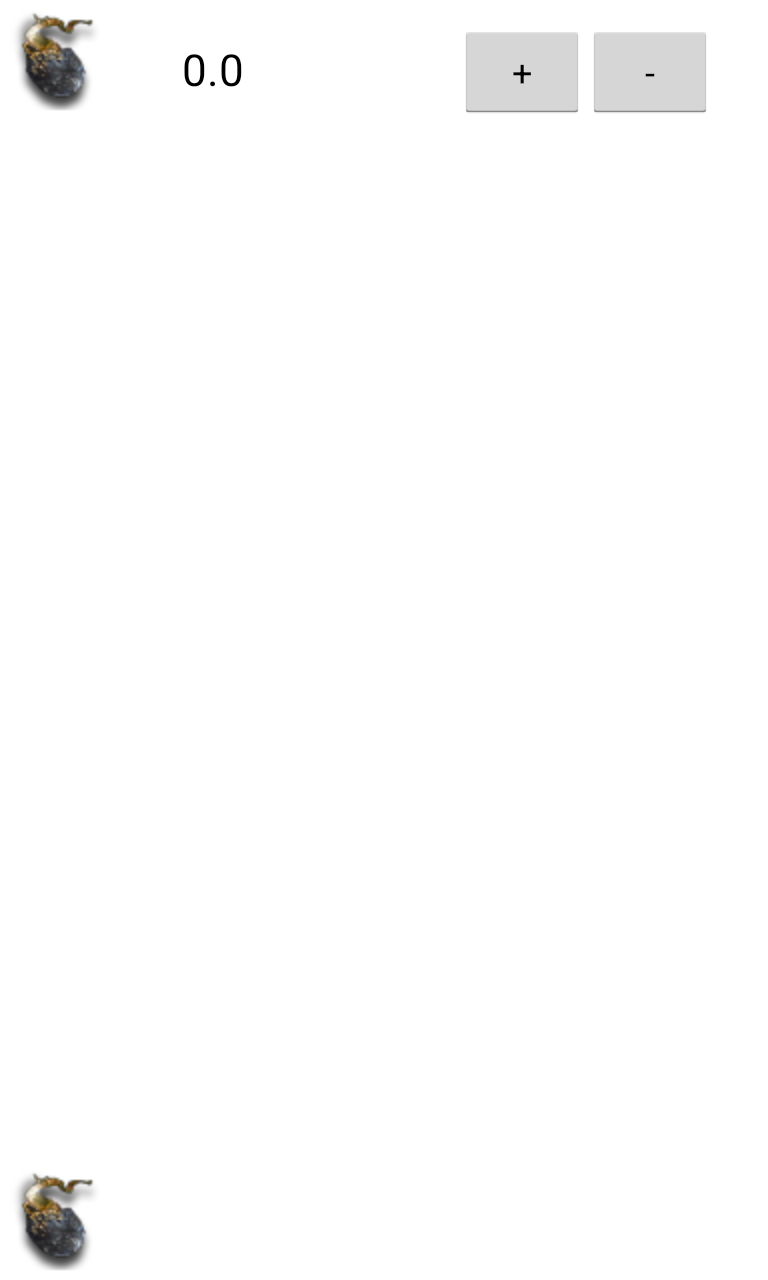
Repository: erictoddhagen/StartingAndriod
Layout: MyFirstApp/OrbTradeTracker/res/layout/activity_main.xml
The author's editor kept a copy of each file at every save. The layout is drawn from the files as they stood at one save, then again after the next save.
It is drawn on a 768 x 1280 px phone screen (xhdpi) without system bars, with theme AppTheme; the app's code is not run.

Above is the layout before, as saved 2013-02-03 08:41:19.

After the next save:
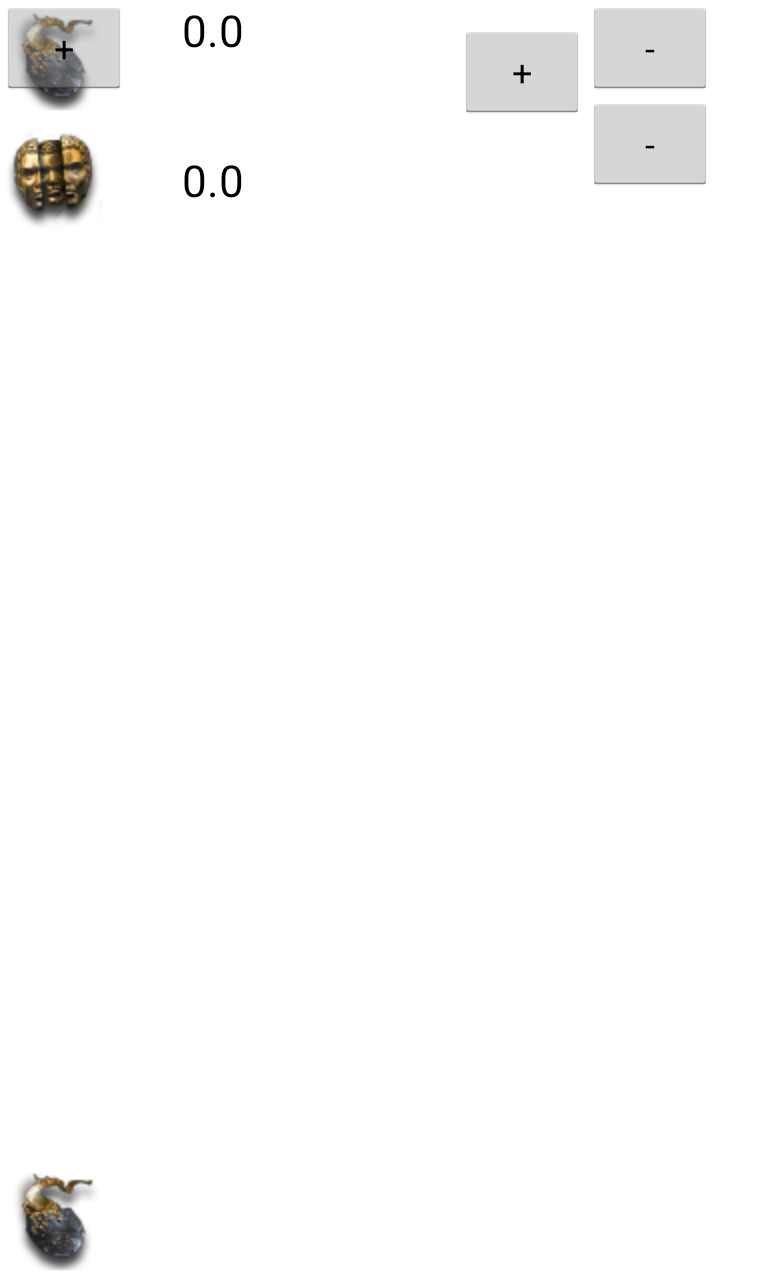
Saved 3 min 1 s later.
--- a/MyFirstApp/OrbTradeTracker/res/layout/activity_main.xml
+++ b/MyFirstApp/OrbTradeTracker/res/layout/activity_main.xml
@@ -31,7 +31,7 @@
         android:text="-" />
 
     <Button
-        android:id="@+id/buttonadd"
+        android:id="@+id/alchButtonAdd"
         android:layout_width="wrap_content"
         android:layout_height="wrap_content"
         android:layout_alignBottom="@+id/imageView1"
@@ -49,4 +49,38 @@
         android:text="0.0"
         android:textAppearance="?android:attr/textAppearanceLarge" />
 
+    <ImageView
+        android:id="@+id/imageView3"
+        android:layout_width="wrap_content"
+        android:layout_height="wrap_content"
+        android:layout_alignParentLeft="true"
+        android:layout_below="@+id/imageView1"
+        android:src="@drawable/chaos" />
+
+    <TextView
+        android:id="@+id/TextView01"
+        android:layout_width="wrap_content"
+        android:layout_height="wrap_content"
+        android:layout_alignLeft="@+id/textView1"
+        android:layout_alignTop="@+id/imageView3"
+        android:layout_marginTop="15dp"
+        android:text="0.0"
+        android:textAppearance="?android:attr/textAppearanceLarge" />
+
+    <Button
+        android:id="@+id/chaosButtonAdd"
+        android:layout_width="wrap_content"
+        android:layout_height="wrap_content"
+        android:layout_alignLeft="@+id/buttonadd"
+        android:layout_below="@+id/buttonadd"
+        android:text="+" />
+
+    <Button
+        android:id="@+id/chaosButtonSub"
+        android:layout_width="wrap_content"
+        android:layout_height="wrap_content"
+        android:layout_alignLeft="@+id/buttonsubtract"
+        android:layout_below="@+id/buttonsubtract"
+        android:text="-" />
+
 </RelativeLayout>
